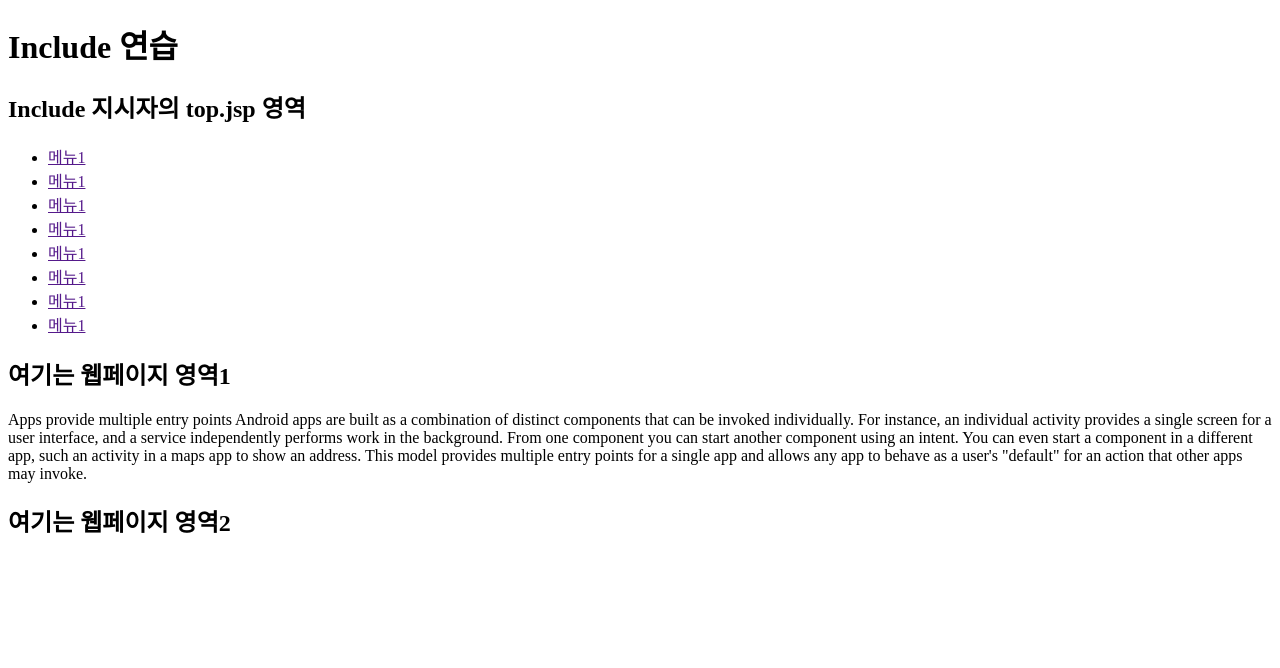
Repository: dev-sean/kosta
Page: http://localhost/jsp_1105_mybatis/ex1_sample.jsp
An editor plug-in stored every save of this project. The page is shown before and after the next save, followed by the edit.
The browser window is 1280 px wide. The pictures show the whole page.
Some web libraries are served in a nearby version. The page is served by Tomcat 9.

Above is the page before, as saved 2014-11-04 01:17:07.

After the next save:
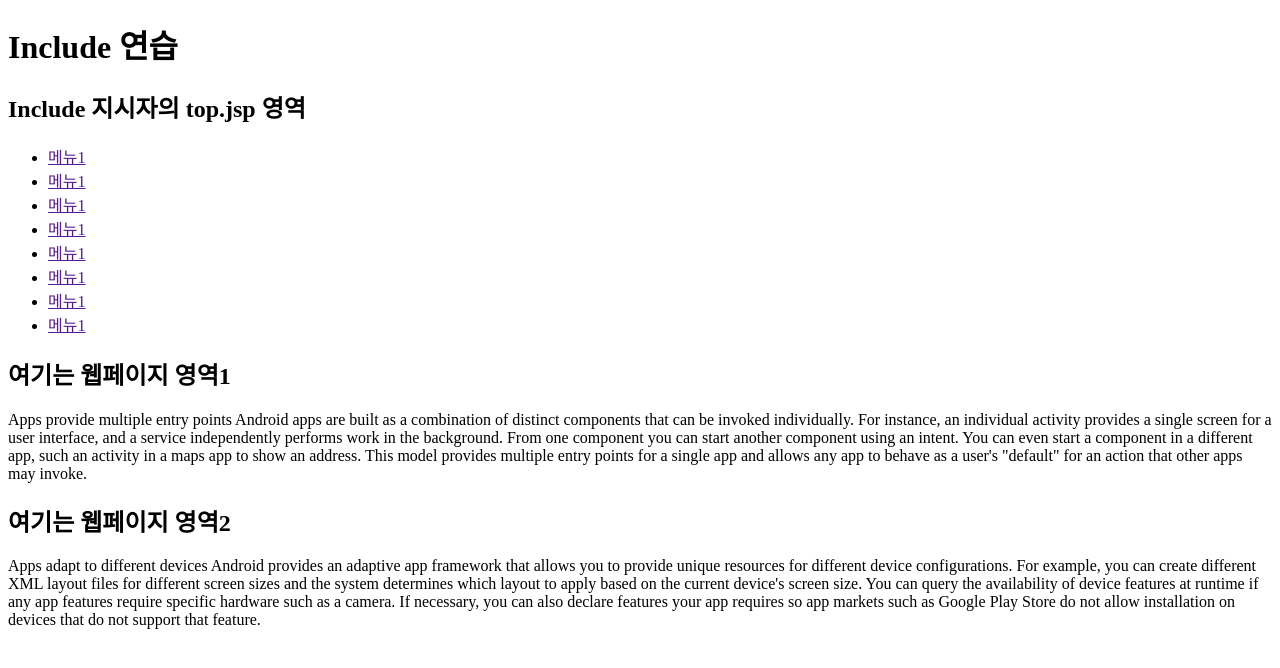
Saved 7 min 59 s later.
--- a/jsp/jsp_1105_mybatis/WebContent/ex1_sample.jsp
+++ b/jsp/jsp_1105_mybatis/WebContent/ex1_sample.jsp
@@ -51,7 +51,16 @@
 				<header>
 					<h2>여기는 웹페이지 영역2</h2>
 				</header>
-
+				<p>Apps adapt to different devices Android provides an adaptive
+					app framework that allows you to provide unique resources for
+					different device configurations. For example, you can create
+					different XML layout files for different screen sizes and the
+					system determines which layout to apply based on the current
+					device's screen size. You can query the availability of device
+					features at runtime if any app features require specific hardware
+					such as a camera. If necessary, you can also declare features your
+					app requires so app markets such as Google Play Store do not allow
+					installation on devices that do not support that feature.</p>
 			</section>
 		</article>
 	</div>
